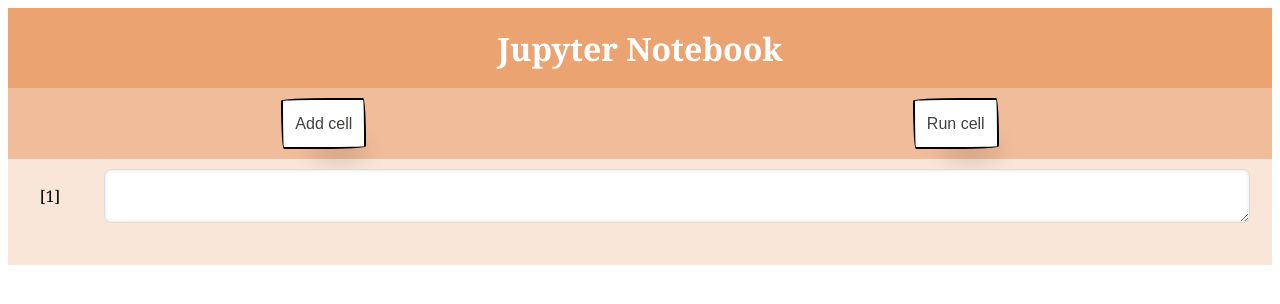
Repository: lingzi-liu/jupyter_notebook_prototype
Page: http://localhost/
An editor plug-in stored every save of this project. The page is shown before and after the next save, followed by the edit.
The browser window is 1280 px wide. The pictures show the whole page.
The page is served by the project's application, run on Flask 3 (app.py).

Above is the page before, as saved 2022-11-13 03:55:43.

### templates/index.html
<!DOCTYPE html>
<html lang="en">

<head>
    <meta charset="UTF-8">
    <meta http-equiv="X-UA-Compatible" content="IE=edge">
    <meta name="viewport" content="width=device-width, initial-scale=1.0">
    <link rel="stylesheet" href="../static/styles/style.css">
    <script defer src="../static/scripts/command_handler.js"></script>
    <script defer src="../static/scripts/script.js"></script>
    <title>Jupter Notebook</title>
</head>

<body>
    <!-- Navigation Bar -->
    <div id="nav">
        <h1>Jupyter Notebook</h1>
    </div>


    <!-- Button Bar -->
    <div id="commands">
        <!-- Add Cell allows you to add new code cells -->
        <!--Triggering a function addCell() when clicked -->
        <button onclick="addCell()">Add cell</button>
        <!-- Run Cell allows you to run the code in a selected cell -->
        <!--Triggering a function runCell() when clicked -->
        <button onclick="runCell()" id="run">Run cell</button>
    </div>


    <!-- Cell list -->
    <div id="cell-list">
        <!-- Each cell is in separate division -->
        <!-- When clicked, the current cell should become the selected cell by triggering the function selectedCell(this) -->
        <div class="cell" id="1" onclick="selecteCell(this)">
            <h4>[1]</h4>
            <textarea onkeyup="do_resize(this);"></textarea>

            <!--a paragraph component below the cell box for the error message or result, if there is one
            -->
            <p></p>
        </div>
    </div>
</body>

</html>

### app.py
# Step1
from flask import Flask, request, render_template

from contextlib import redirect_stdout
import io
import ast # stands for abstract syntax tree

app = Flask(__name__)

# Step 3: Create a function evaluate_code(code) that takes in a string and returns the output
def evaluate_code(code):
    # Step2: Parse the input code
    parsed = ast.parse(code)


    # Context manager for temporarily redirecting sys.stdout to another file or file-like object.
    with redirect_stdout(io.StringIO()) as f:
        try:
            #
            for input in parsed.body:
                if type(input) == ast.Expr:
                    # eval() allows you to evaluate arbitrary Python expressions from a string-based or compiled-code-based input.
                    # diff: eval() only execute or evaluate expressions
                    result = eval(compile(ast.Expression(input.value), "<string>", "eval"), globals())
                    # show appropiate result
                    if result:
                        print(result)
                else:
                    # exec()can execute any piece of Python code.
                    exec(compile(ast.Module(body=[input], type_ignores=[]), "<string>", "exec"), globals())
        # If there is an exception, in the result print the exception with an error message
        except Exception as e:
            print('Error Occured!')
            print(e.__class__.__name__ + ' : ')
            print(e)


    return f.getvalue()


# Create a default ‘GET’ route for your flask object that directs you to the html page
@app.route('/',methods=['GET'])
def index():
    # Flask template
    # put index.html in templates folder otherwise it will throw a render_template error
    return render_template('index.html')

# Create ‘POST’ route that uses an evaluate function
@app.route('/evaluate', methods=['POST'])
def evaluate():
    # Step2: Extract the command from the json input
    data = request.json
    code = data['command']
    return {'result': evaluate_code(code)}

if __name__== '__main__':
    # set debug to true to see the log and applied changes
    app.run(port=8002, debug = True)

### static/styles/style.css
#nav {
  height: 80px;
  background-color: rgba(228, 126, 58, 0.712);
  font-weight: bold;
  display: flex;
  align-items: center;
}

#nav h1 {
  margin: auto;
  color: white;
  font-family: Georgia, 'Times New Roman', Times, serif;
  text-align: center;
}

#commands {
  background-color: rgba(228, 126, 58, 0.516);
  display: flex;
  justify-content: space-around;
}

#commands button {
  margin: 10px;
  align-self: center;
  background-color: #fff;
  background-image: none;
  background-position: 0 90%;
  background-repeat: repeat no-repeat;
  background-size: 4px 3px;
  border-radius: 15px 225px 255px 15px 15px 255px 225px 15px;
  border-style: solid;
  border-width: 2px;
  box-shadow: rgba(0, 0, 0, .2) 15px 28px 25px -18px;
  box-sizing: border-box;
  color: #41403e;
  cursor: pointer;
  display: inline-block;
  font-family: Neucha, sans-serif;
  font-size: 1rem;
  line-height: 23px;
  outline: none;
  padding: .75rem;
  text-decoration: none;
  transition: all 235ms ease-in-out;
  border-bottom-left-radius: 15px 255px;
  border-bottom-right-radius: 225px 15px;
  border-top-left-radius: 255px 15px;
  border-top-right-radius: 15px 225px;
  user-select: none;
  -webkit-user-select: none;
  touch-action: manipulation;
}

#commands button:hover {
  box-shadow: rgba(0, 0, 0, .3) 2px 8px 8px -5px;
  transform: translate3d(0, 2px, 0);
}

#commands button:focus {
  box-shadow: rgba(0, 0, 0, .3) 2px 8px 4px -6px;
}

#cell-list .cell {
  background-color: white;
  padding: 10px 5px;
  align-items: center;
  display: flex;
  flex-flow: row wrap;
  justify-content: space-around;
}

#cell-list .cell:hover {
  background-color: rgba(228, 126, 58, 0.195);
}

#cell-list .cell h4 {
  display: inline-block;
  margin: 0;
  padding: 0 10px;
  font-weight: lighter;
  font-family: Georgia, 'Times New Roman', Times, serif;
}

#cell-list .cell textarea {
  border-radius: 0.4rem;
  border: 1px solid #ddd;
  padding: 0.5rem;
  color: #666;
  box-shadow: inset 0 0 0.25rem #ddd;
  font-family: Georgia, 'Times New Roman', Times, serif;
  width: 90%;
}

#cell-list .cell p {
  width: 100%;
  font-family: Georgia, 'Times New Roman', Times, serif;
  margin-left: 40px;
}

### static/scripts/command_handler.js
// runCell() takes the code in the cell and outputs the result if there is a result or the error if there is an error
function runCell() {
    // disable the button from being run again until we process the current code
    runButton = document.getElementById('run');
    runButton.disabled = true;

    cellNum = document.getElementById(selectedCellNumber);
    // get text from the textarea
    text = cellNum.children[1].value;

    // Send the text to the python backend as a command
    // get the response from post request
    fetch('/evaluate', {
        method: 'POST',
        headers: {
            'Content-Type': 'application/json'
        },
        body: JSON.stringify({
            command: text
        })
    }).then((response) => response.json()).then((data) => {
        // Insert the response below the respective code cell as a string
        cellNum.children[2].innerText = data.result;

        // enable the button again
        runButton.disabled = false;
    });
}

### static/scripts/script.js
let selectedCellNumber = 1;
let maxCellNumber = 1;

function do_resize(textbox) {

    var maxrows = 50;
    var txt = textbox.value;
    var cols = textbox.cols;

    var arraytxt = txt.split('\n');
    var rows = arraytxt.length;

    for (i = 0; i < arraytxt.length; i++)
        rows += parseInt(arraytxt[i].length / cols);

    if (rows > maxrows) textbox.rows = maxrows;
    else textbox.rows = rows;
}

function selecteCell(cell) {
    if (selectedCellNumber) {
        document.getElementById(selectedCellNumber).style.backgroundColor = "white";
    }
    selectedCellNumber = cell.id;
    document.getElementById(selectedCellNumber).style.backgroundColor = "rgba(228, 126, 58, 0.195)";
    console.log('cell selected: ', selectedCellNumber)
}

// automatically select the first cell
selecteCell(document.getElementById("1"))

function addCell() {
    maxCellNumber++;
    cellList = document.getElementById("cell-list");
    cellList.insertAdjacentHTML('beforeend',
        `<div class="cell" id="${maxCellNumber}" onclick="selecteCell(this)">
            <h4>[${maxCellNumber}]</h4>
            <textarea onkeyup="do_resize(this);"></textarea>
            <p></p>
        </div>`);

    selecteCell(document.getElementById(maxCellNumber));
}

After the next save:
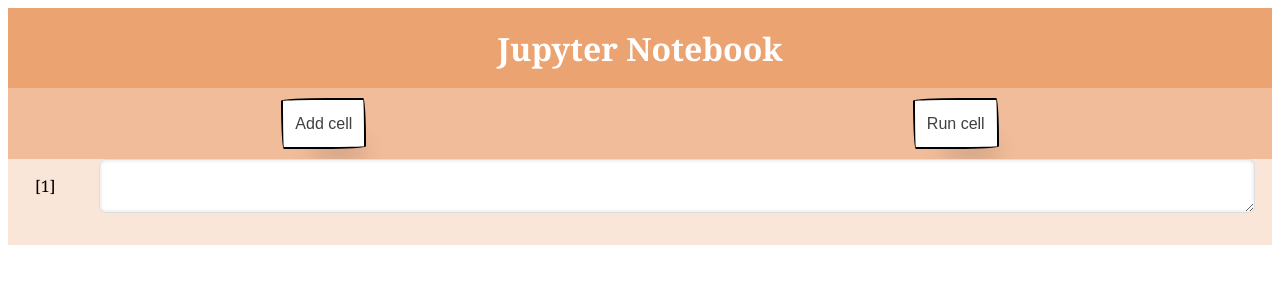
Saved 62 s later.
--- a/static/styles/style.css
+++ b/static/styles/style.css
@@ -62,7 +62,7 @@
 
 #cell-list .cell {
   background-color: white;
-  padding: 10px 5px;
+  padding: auto;
   align-items: center;
   display: flex;
   flex-flow: row wrap;
